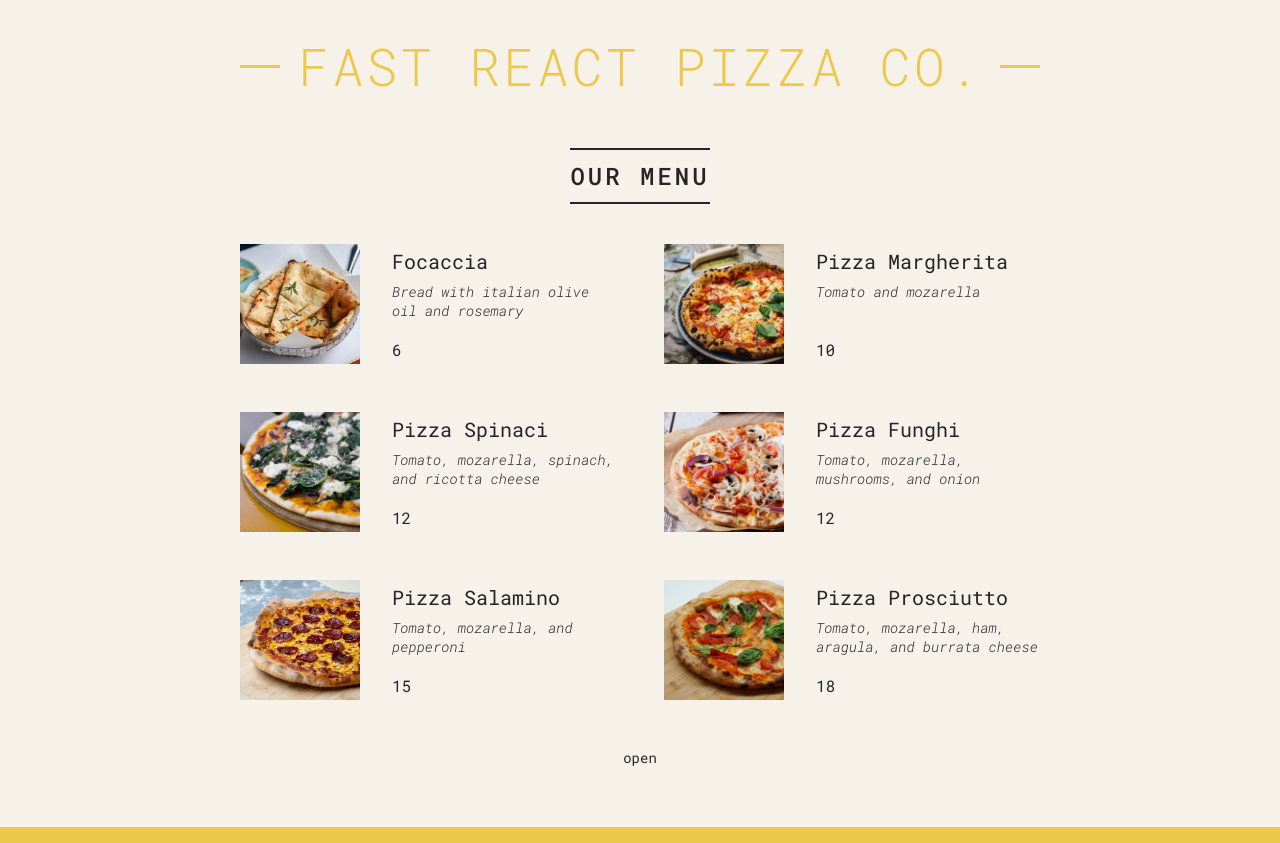
Repository: ahmedharidy/First-React-App
Page: /
The author's editor kept a copy of each file at every save. The page is drawn from the files as they stood at one save, then again after the next save.
The browser window is 1280 px wide. The pictures show the whole page.
The project was rebuilt for these pictures with package versions that can differ from the ones it lists, and the page was loaded fresh each time.

Above is the page before, as saved 2026-09-23 01:09:11.

### src/index.js
import React from "react";
import ReactDOM from "react-dom/client";
import "./index.css";

const pizzaData = [
  {
    name: "Focaccia",
    ingredients: "Bread with italian olive oil and rosemary",
    price: 6,
    photoName: "pizzas/focaccia.jpg",
    soldOut: false,
  },
  {
    name: "Pizza Margherita",
    ingredients: "Tomato and mozarella",
    price: 10,
    photoName: "pizzas/margherita.jpg",
    soldOut: false,
  },
  {
    name: "Pizza Spinaci",
    ingredients: "Tomato, mozarella, spinach, and ricotta cheese",
    price: 12,
    photoName: "pizzas/spinaci.jpg",
    soldOut: false,
  },
  {
    name: "Pizza Funghi",
    ingredients: "Tomato, mozarella, mushrooms, and onion",
    price: 12,
    photoName: "pizzas/funghi.jpg",
    soldOut: false,
  },
  {
    name: "Pizza Salamino",
    ingredients: "Tomato, mozarella, and pepperoni",
    price: 15,
    photoName: "pizzas/salamino.jpg",
    soldOut: true,
  },
  {
    name: "Pizza Prosciutto",
    ingredients: "Tomato, mozarella, ham, aragula, and burrata cheese",
    price: 18,
    photoName: "pizzas/prosciutto.jpg",
    soldOut: false,
  },
];
function App() {
  return (
    <div className="container">
      <Header />
      <Menu />
      <Footer />
    </div>
  );
}

function Header() {
  //   const style = { color: "red", fontSize: "48px", textTransform: "uppercase" };
  const style = {};
  return (
    <header className="header">
      <h1 style={style}>Fast react pizza co.</h1>
    </header>
  );
}
function Menu() {
  return (
    <main className="menu">
      <h2>Our menu</h2>

      <ul className="pizzas">
        {pizzaData.map((pizza) => (
          <Pizza pizzaObj={pizza} key={pizza.name} />
        ))}
      </ul>
      {/* <Pizza
        name="pizza spinaci"
        ingredient="Bread with italian olive oil and rosemary"
        photoName="pizzas/spinaci.jpg"
        price={10}
      />

      <Pizza
        name="pizza funghi"
        ingredient="Bread with tomato and mushrooms"
        photoName="pizzas/funghi.jpg"
        price={50}
      /> */}
    </main>
  );
}

function Pizza(props) {
  return (
    <li className="pizza">
      <img src={props.pizzaObj.photoName} alt={props.pizzaObj.name}></img>
      <div>
        <h3>{props.pizzaObj.name}</h3>
        <p>{props.pizzaObj.ingredients}</p>
        <span>{props.pizzaObj.price}</span>
      </div>
    </li>
  );
}

function Footer() {
  const hour = new Date().getHours();
  const openHour = 12;
  const closeHour = 22;
  const isOpen = hour >= openHour && hour <= closeHour;
  console.log(isOpen);
  //   if (hour >= openHour && hour <= closeHour) alert("were currently open!");
  //   else alert("sorry were closed");

  return <footer className="footer">{isOpen && <p>open</p>}</footer>;
  //   return React.createElement("footer", null, "we're currently open");
}

const root = ReactDOM.createRoot(document.getElementById("root"));

root.render(<App />);

Loaded but not shown: public/index.html (common file); src/index.css (common file)

After the next save:
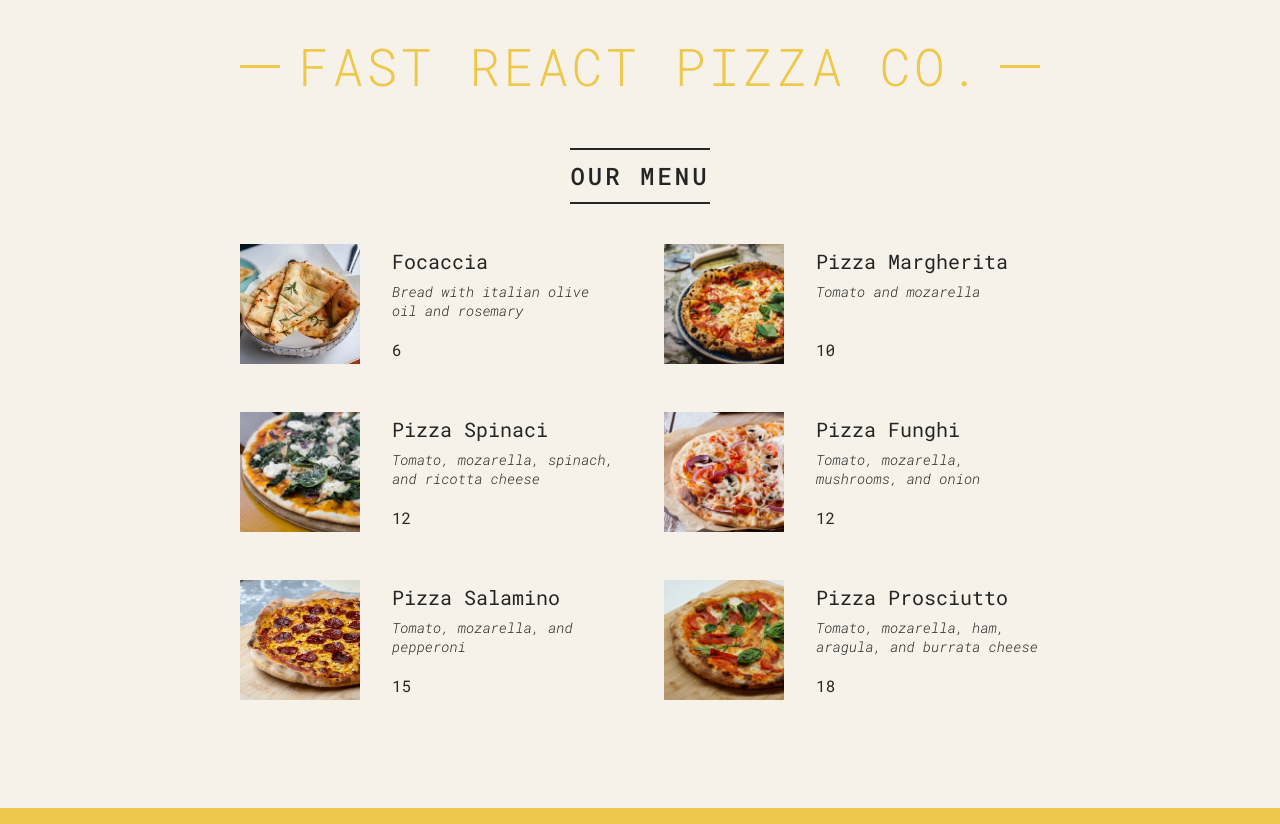
Saved 27 s later.
--- a/src/index.js
+++ b/src/index.js
@@ -114,7 +114,7 @@ function Footer() {
   //   if (hour >= openHour && hour <= closeHour) alert("were currently open!");
   //   else alert("sorry were closed");
 
-  return <footer className="footer">{isOpen && <p>open</p>}</footer>;
+  return <footer className="footer">{!isOpen && <p>open</p>}</footer>;
   //   return React.createElement("footer", null, "we're currently open");
 }
 
